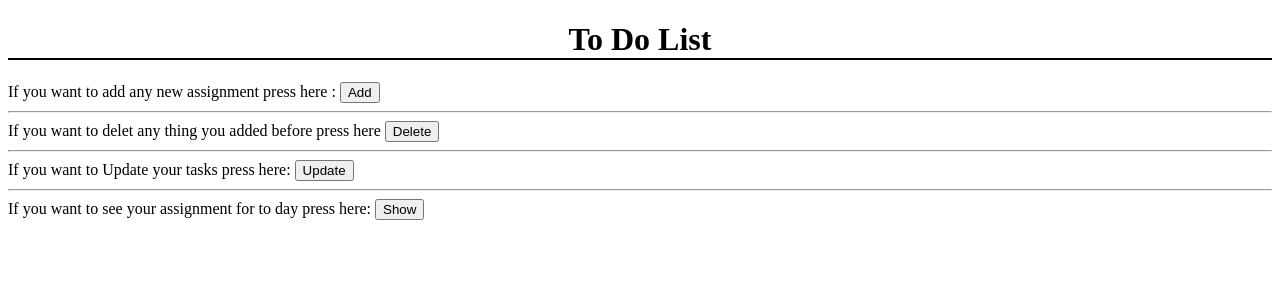
Repository: marawan200311-dev/To-Do-List-
Page: http://localhost/
An editor plug-in stored every save of this project. The page is shown before and after the next save, followed by the edit.
The browser window is 1280 px wide. The pictures show the whole page.
The page is served by the project's application, run on Flask 3 (app.py).

Above is the page before, as saved 2025-11-20 12:26:46.

After the next save:
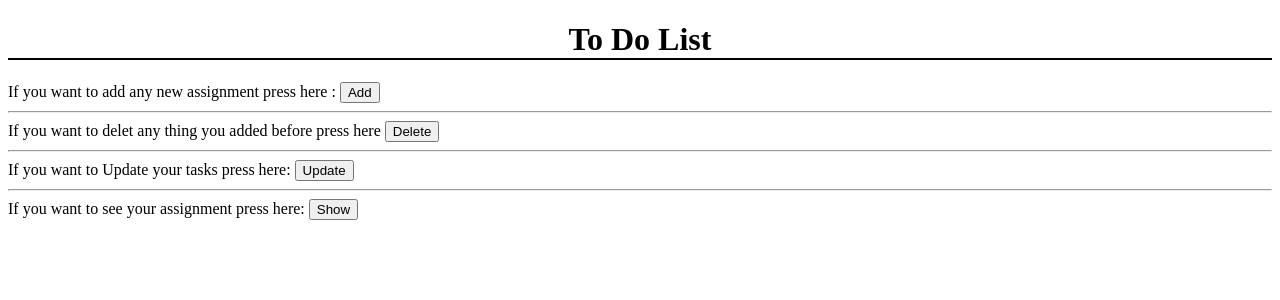
Saved 8 s later.
--- a/templates/index.html
+++ b/templates/index.html
@@ -33,7 +33,7 @@
 <hr />
 
 <div>
-  <p id="text_show">If you want to see your assignment for to day press here:</p>
+  <p id="text_show">If you want to see your assignment press here:</p>
   <button class="Show">Show</button>
 </div>
 
